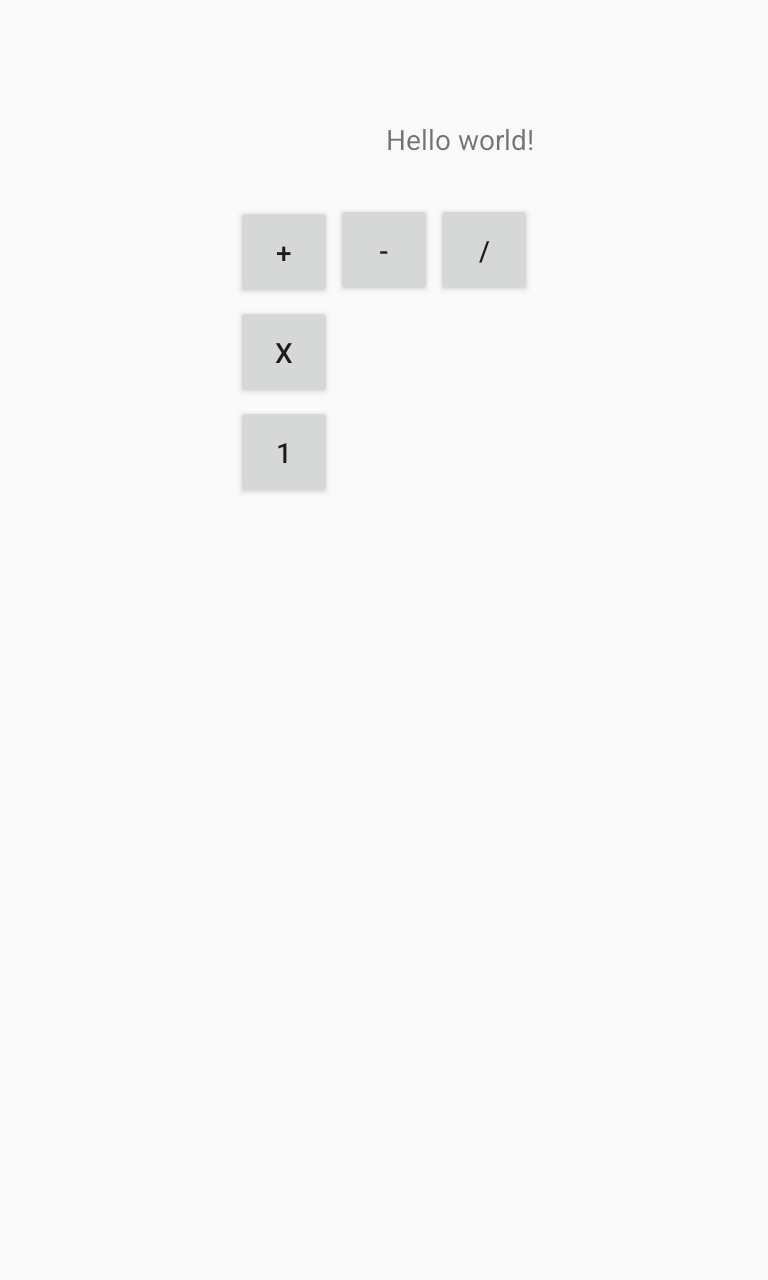
Repository: expensivecow/Calculator
Layout: Calculator_Implementation/res/layout/activity_main.xml
These files come from the project's save history. The layout is drawn as it stood at one moment and after the next save; the edit follows.
It is drawn on a 768 x 1280 px phone screen (xhdpi) without system bars, with theme AppTheme; the app's code is not run.

Above is the layout before, as saved 2014-09-21 01:25:18.

After the next save:
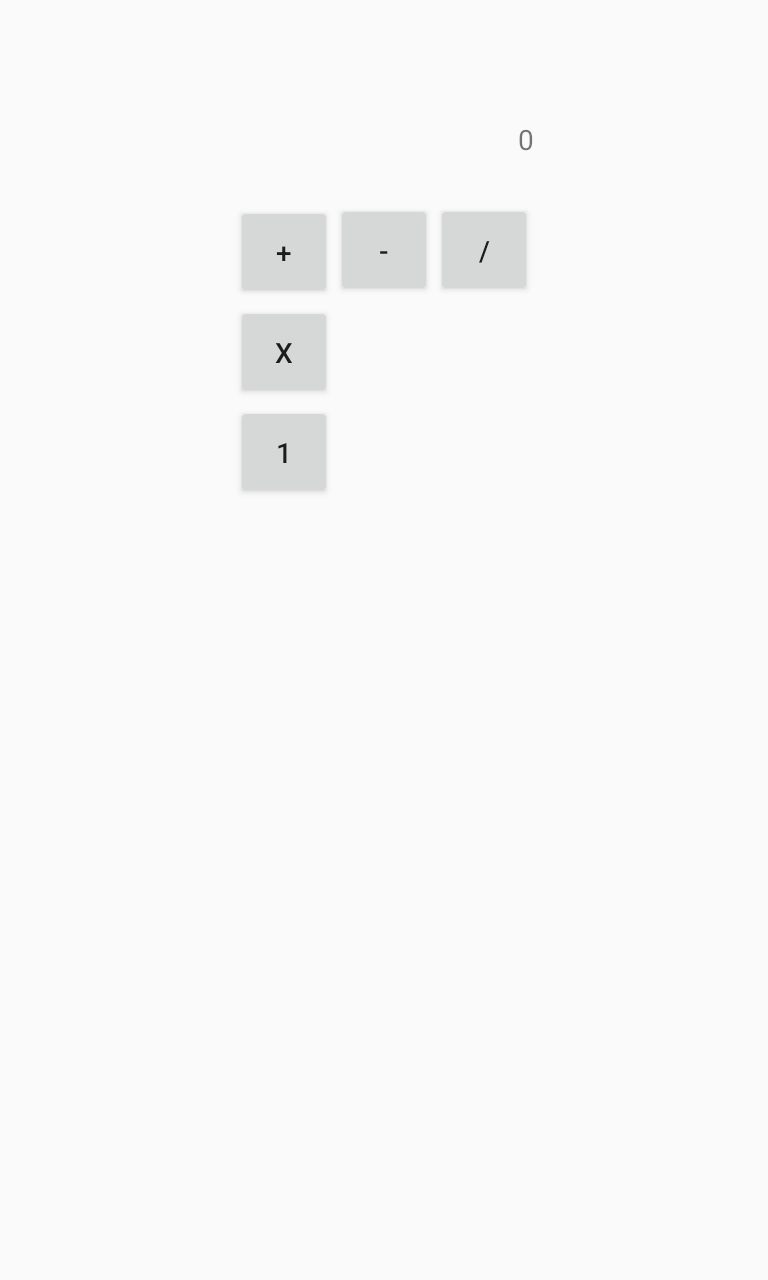
Saved 67 s later.
--- a/Calculator_Implementation/res/layout/activity_main.xml
+++ b/Calculator_Implementation/res/layout/activity_main.xml
@@ -15,7 +15,7 @@
         android:layout_marginTop="44dp"
         android:layout_width="wrap_content"
         android:layout_height="wrap_content"
-        android:text="@string/hello_world" />
+        android:text="@string/initialvalue" />
 
     <Button
         android:id="@+id/bDiv"
@@ -59,8 +59,8 @@
         android:id="@+id/bOne"
         android:layout_width="50dp"
         android:layout_height="50dp"
+        android:layout_alignLeft="@+id/bMul"
         android:layout_below="@+id/bMul"
-        android:layout_toLeftOf="@+id/bSub"
         android:text="@string/one" />
 
 </RelativeLayout>
